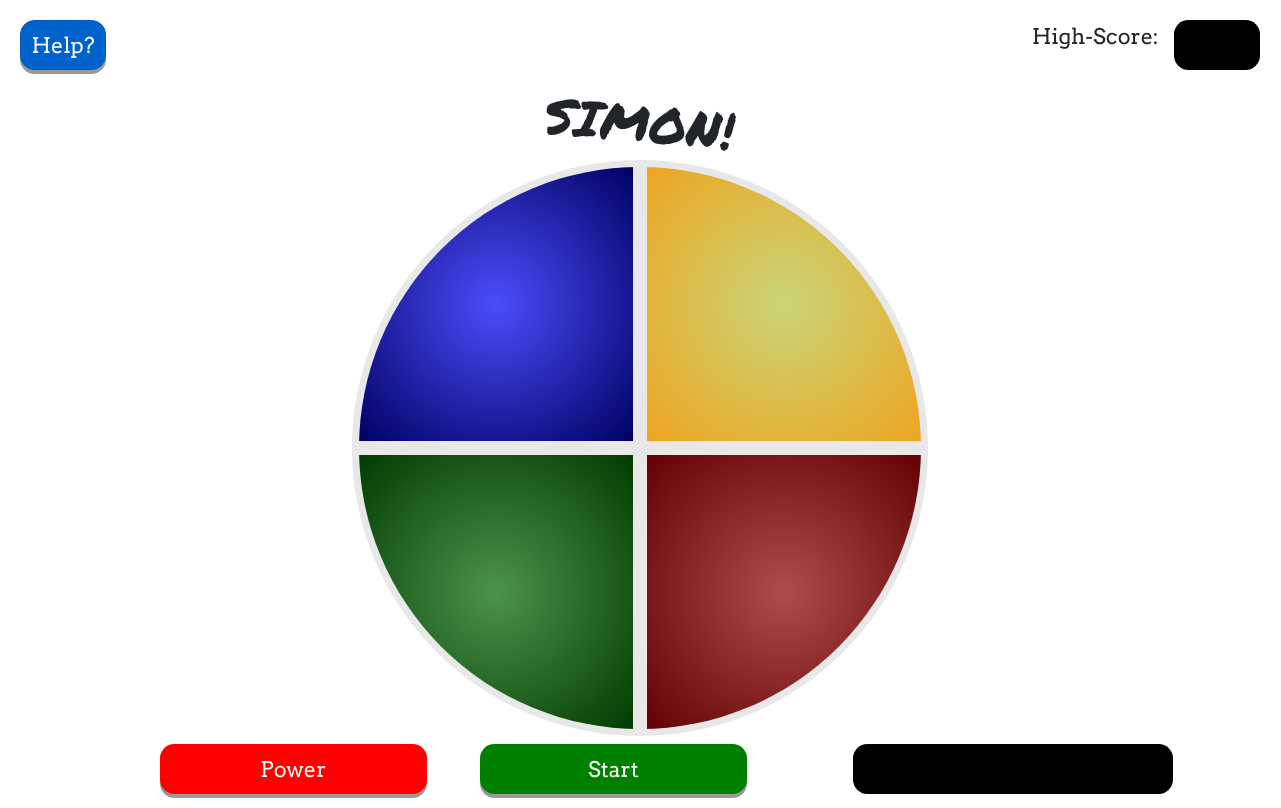
Repository: bandyp/simon
Page: index.html
The author's editor kept a record of every edit. The page is drawn from the files as they stood at one moment, then again after the next edit.
The browser window is 1280 px wide. The page is 1281 px wide, so the pictures cover 1281 px, including what lies to the right of the window. The pictures show the whole page.

Above is the page before.

### index.html
<!DOCTYPE html>
<html lang="en">

<head>
    <title>Simon</title>
    <meta charset="UTF-8">
    <meta name="viewport" content="width=device-width, initial-scale=1, shrink-to-fit=no">
    <meta http-equiv="X-UA-Compatible" content="ie=edge">

<!-- fonts and bootstrap links  -->
    <link rel="stylesheet" href="https://stackpath.bootstrapcdn.com/bootstrap/4.3.1/css/bootstrap.min.css" integrity="sha384-ggOyR0iXCbMQv3Xipma34MD+dH/1fQ784/j6cY/iJTQUOhcWr7x9JvoRxT2MZw1T" crossorigin="anonymous">
    <link rel="stylesheet" href="assets/css/style.css" type="text/css" />
    <link href="https://fonts.googleapis.com/css?family=Permanent+Marker&display=swap" rel="stylesheet">
    <link href='https://fonts.googleapis.com/css?family=Orbitron' rel='stylesheet' type='text/css'>
    <link href="https://fonts.googleapis.com/css?family=Arvo" rel="stylesheet">

<!-- sound files  -->
    <audio id="soundGreen"><source src="assets/sounds/simonSound1.mp3"></source></audio>
    <audio id="soundBlue"><source src="assets/sounds/simonSound2.mp3"></source></audio>
    <audio id="soundYellow"><source src="assets/sounds/simonSound3.mp3"></source></audio>
    <audio id="soundRed"><source src="assets/sounds/simonSound4.mp3"></source></audio>
</head>

<body>

<!-- bootstrap config  -->
    <div class="container-fluid">
        <div class="row">

<!-- help button  -->
            <button type="button" class="btn btn-primary btn-lg active" id="helpButton">Help?</button>
            <div class="col float-right" id="highScore">
                High-Score:
            </div>
            <div id="highScoreBox"></div>

<!-- help button dialogue  -->
            <div class="alert alert-info alert-dismissible fade show" id="helpBox" role="alert">
                <h5>Follow Simon on his quest to count!</h5>
                <p>His buttons will light up as he counts from 1 to 20. Help him on his way by repeating his pattern. It starts off easy, but gets very difficult towards the end.</p>
                <hr>
                <p>Will you get the high score? Turn on the power and press start to find out.</p>
                <button type="button" class="close" data-dismiss="alert" aria-label="Close"><span aria-hidden="true">&times;</span></button>
            </div>
        </div>

<!-- Simon title  -->
        <div class="row">
            <div class="col mt-auto text-center" id="title">
                SIMON!
            </div>
        </div>

<!-- top row of color buttons - blue & yellow  -->
        <div class="row row-no-gutter">
            <div class="col-4 offset-2 colorButton blueButton ml-auto" id="blue"></div>
            <div class="col-4 colorButton yellowButton mr-auto" id="yellow"></div>
        </div>

<!-- bottom rom of colors red & green  -->
        <div class="row row-no-gutter">
            <div class="col-4 offset-2 colorButton greenButton ml-auto" id="green"></div>
            <div class="col-4 colorButton redButton mr-auto" id="red"></div>
        </div>

<!-- bottom of page with power and start buttons  -->
        <div class="row mb-1rem">
            <div class="col-6 offset-1 mt-auto" id="buttons">
                <div class="row">
                    <button class="col-5 offset-1 power" id="power">Power</button>
                    <button class="col-5 offset-1" id="start">Start</button>
                </div>
            </div>

<!-- counter for score -->
            <div class="col-3 mt-auto offset-1" id="count"></div>
        </div>

    </div>
    <script src="https://code.jquery.com/jquery-3.3.1.slim.min.js" integrity="sha384-q8i/X+965DzO0rT7abK41JStQIAqVgRVzpbzo5smXKp4YfRvH+8abtTE1Pi6jizo" crossorigin="anonymous"></script>
    <script src="https://cdnjs.cloudflare.com/ajax/libs/popper.js/1.14.3/umd/popper.min.js" integrity="sha384-ZMP7rVo3mIykV+2+9J3UJ46jBk0WLaUAdn689aCwoqbBJiSnjAK/l8WvCWPIPm49" crossorigin="anonymous"></script>
    <script src="https://stackpath.bootstrapcdn.com/bootstrap/4.1.3/js/bootstrap.min.js" integrity="sha384-ChfqqxuZUCnJSK3+MXmPNIyE6ZbWh2IMqE241rYiqJxyMiZ6OW/JmZQ5stwEULTy" crossorigin="anonymous"></script>
    <script src="assets/js/script.js"></script>
</body>

</html>

### assets/css/style.css
/* help button */

#helpButton {
    margin-top: 20px;
    margin-left: 20px;
    height: 7vh;
    width: 12vh;
    padding: 0;
    border-radius: 2vh;
    font-family: 'Arvo', serif;
    font-size: 3vh;
    cursor: pointer;
}

/* high score label and box */

#highScore {
    text-align: right;
    margin-top: 20px;
    font-size: 3vh;
    font-family: 'Arvo', serif;
}


#highScoreBox {
    float: right;
    background: black;
    margin-top: 20px;
    margin-right: 20px;
    height: 7vh;
    width: 12vh;
    color: red;
    font-family: 'Orbitron', sans-serif;
    font-size: 4vh;
    text-align: center;
    vertical-align: middle;
    line-height: 7vh;
    border-radius: 2vh;
}

/* simon title */

#title {
    font-size: 7vh;
    margin-top: 3vh;
    font-family: 'Permanent Marker', cursive;
    transform: rotate(5deg);
}

/* game colored buttons */

#blue {
    margin-top: auto;
    border-radius: 100% 0% 0% 0%;
    border: solid 1vh rgb(232, 232, 232);
    background-image: radial-gradient(circle, rgba(0, 0, 250, 0.7), rgba(0, 0, 100, 1));
}

#yellow {
    margin-top: auto;
    border-radius: 0% 100% 0% 0%;
    border: solid 1vh rgb(232, 232, 232);
    background-image: radial-gradient(circle, rgba(178, 195, 62, 0.7), rgba(238, 165, 32, 1));
}

#red {
    margin-bottom: 1vh;
    border-radius: 0% 0% 100% 0%;
    border: solid 1vh rgb(232, 232, 232);
    background-image: radial-gradient(circle, rgba(139, 0, 0, 0.7), rgba(99, 0, 0, 1));
}

#green {
    margin-bottom: 1vh;
    border-radius: 0% 0% 0% 100%;
    border: solid 1vh rgb(232, 232, 232);
    background-image: radial-gradient(circle, rgba(0, 100, 0, 0.7), rgba(0, 60, 0, 1));
}

.colorButton {
    position: relative;
    height: 40vmin;
    max-width: 40vmin;
    cursor: pointer;
}

.bright {
    filter: brightness(150%);
}

/* start and power buttons */

#buttons {
    position: relative;
    z-index: 2;
    display: inline;
    font-size: 3vh;
    font-family: 'Arvo', serif;
}


button {
    display: inline-block;
    cursor: pointer;
    text-align: center;
    text-decoration: none;
    outline: none;
    color: #fff;
    background-color: #4CAF50;
    border: none;
    border-radius: 15px;
    box-shadow: 0 4px #999;
    margin-bottom: 2vh;
}

button:hover {
    background-color: #3e8e41
}

button:active {
    background-color: #3e8e41;
    box-shadow: 0 1px #666;
    transform: translateY(4px);
}

#power {
    color: white;
    background-color: red;
    border-radius: 2vh;
    width: 10vh;
    height: 7vh;
    padding: 0;
}

#start {
    color: white;
    background-color: green;
    border-radius: 2vh;
    width: 10vh;
    height: 7vh;
    padding: 0;
}


/* score box */

#count {
    background: black;
    display: inline-block;
    height: 7vh;
    width: 14vh;
    color: red;
    font-family: 'Orbitron', sans-serif;
    font-size: 3vh;
    text-align: center;
    vertical-align: middle;
    line-height: 7vh;
    border-radius: 2vh;
    margin-bottom: 2vh;
}

### assets/js/script.js
$(document).ready(function() {

    // My shopping list of variables

    let sequence = [];
    let userSequence = [];
    let success;
    let turn;
    let cpuTurn;
    let playerTurn;
    let bright;
    let playSequence;
    let win;
    let highScore = 0;

    // high score = code borrowed from Mentor

    function checkHighScore() {
        if (highScore < bright) {
            highScore = bright;
            $("#highScoreBox").html(highScore - 1);
        }
    }


    // easy help box alert to guide uses on instructions

    $("#helpBox").hide(); // starts hidden
    $("#helpButton").mouseover(function() { // will activate when cursor hovers over
        $("#helpBox").show(); // shows the dialogue
        $("#helpButton").mouseleave(function() { // will go back hidden when cursor is not hovering
            $("#helpBox").hide();
        });
    });


// toggle power button on and off

    document.getElementById("power").onclick = function() { powerButton() };

// adds and removes class of 'change' to tell if power is on or off
    function powerButton() {
        var x = document.getElementById("power").classList.contains("change");
        if (x == false) {
            $('#power').addClass("change");
            powerOn();
        }
        else {
            $('#power').removeClass("change");
            powerOff();
        }
    }

// enables start button so users can press it and a lights up score counter, it also allows the cpu function to start when called.
    function powerOn() {
        cpuTurn = true;
        success = false;
        playerTurn = false;
        $("#count").html('--');
        document.getElementById("start").disabled = false;
    }
// starts the game when the button is pressed, turn counter goes to 1 as its the first turn
    $("#start").on("click", function() {
        $("#count").html('1');
        if (playerTurn || cpuTurn || success) { //start button will only call the play function if player/cpu turn and success are all true
            play();
        }
    });

// what happens when power is turned off
    function powerOff() {
        playerTurn = false; // player cant press buttons
        cpuTurn = false; // cpu cant run function
        sequence = []; // the random list of 20 numbers goes back to 0
        userSequence = []; // the sequence of the players clicks is brought to 0
        $('.colorButton').removeClass('bright'), // lights are all off
            $("#count").html(''); // turn counter is turn off
        clearInterval(playSequence); // the series of cpu button presses is cleared
        document.getElementById("start").disabled = true; //start button will not click
    }


    // start play function by creating sequence of 20 from start button, it will then call the cpu to start the lighting buttons function, in 1 sec intervals

    function play() {
        playSequence = 0;
        sequence = [];
        userSequence = [];
        bright = 0;
        turn = 1;
        success = true;
        win = false;
        $("#count").html('1');
        for (var i = 0; i < 20; i++) { // variable 'i' will keep going in a loop while it is less than 20
            sequence.push(Math.floor(Math.random() * 4) + 1); // the loop will add a random number 0 to 4,
            // (rounded down to nearest whole number then add 1 so options will be 1,2,3 or 4)
        }

        cpuTurn = true;
        playSequence = setInterval(makeBright, 1000);
    }

    // function which allows cpu to select color and sound

    function makeBright() {
        playerTurn = false;
        if (bright == turn) {
            clearInterval(playSequence);
            cpuTurn = false;
            playerTurn = true;
        }

        if (cpuTurn) {
            document.getElementById("start").disabled = true; // means start button can not be pressed to ensure the function is not called mulitple times at once
            $('.colorButton').removeClass('bright'); //ensure all colors are off before starting
            setTimeout(function() { // runs function every 1500ms
                if (sequence[bright] == 1) { // pulls the number from the position in the array as it progesses through the random numbers and matches it to the correct color
                    $('#soundGreen')[0].play(); // plays the matching sound to the number
                    $('#green').addClass('bright'), // brightens the matching color to the number
                        setTimeout(function() { // turns off the brightness after 1.5s
                            $('#green').removeClass('bright');
                        }, 1500);
                }
                if (sequence[bright] == 2) { // blue = 2
                    $('#soundBlue')[0].play();
                    $('#blue').addClass('bright'),
                        setTimeout(function() {
                            $('#blue').removeClass('bright');
                        }, 1500);
                }
                if (sequence[bright] == 3) { //  yellow = 3
                    $('#soundYellow')[0].play();
                    $('#yellow').addClass('bright'),
                        setTimeout(function() {
                            $('#yellow').removeClass('bright');
                        }, 1500);
                }
                if (sequence[bright] == 4) { // red = 4
                    $('#soundRed')[0].play();
                    $('#red').addClass('bright'),
                        setTimeout(function() {
                            $('#red').removeClass('bright');
                        }, 1500);
                }
                bright++; // adds 1 to the number of cpu turns
            }, 200);
        }
    }


    // user clicking lights, both clicks and touches

    $("#green").on("mousedown touchstart", function(e) { // what happpens when the green button is clicked on computer or touched on mobile devices
        e.preventDefault(); // prevents function calling twice on mobile
        if (playerTurn) { // only runs if players turn,otherwise the user could interupt cpus turn
            $(this).addClass('bright'); // changes to light green
            $('#soundGreen')[0].play(); //plays greens sound
            userSequence.push(1); // adds the matching number of the color to the users array
            $("#green").on("mouseup touchend", function(e) { // when user unclicks or removes touch this is function called
                e.preventDefault();
                $(this).removeClass('bright'); //removes brightness
                compareArrays(); //this will call a function to see if user is correct

            });
        }
    });

    $("#blue").on("mousedown touchstart", function(e) {
        e.preventDefault();
        if (playerTurn) {
            userSequence.push(2);
            $('#soundBlue')[0].play();
            $(this).addClass('bright'); // changes to light blue
            $("#blue").on("mouseup touchend", function(e) {
                e.preventDefault();
                $(this).removeClass('bright'); //changes
                compareArrays();
            });
        }
    });

    $("#yellow").on("mousedown touchstart", function(e) {
        e.preventDefault();
        if (playerTurn) {
            userSequence.push(3);
            $('#soundYellow')[0].play();

            $(this).addClass('bright'); // changes to light yellow
            $("#yellow").on("mouseup touchend", function(e) {
                e.preventDefault();
                $(this).removeClass('bright'); //changes back
                compareArrays();
            });
        }
    });

    $("#red").on("mousedown touchstart", function(e) {
        e.preventDefault();
        if (playerTurn) {
            userSequence.push(4);
            $('#soundRed')[0].play();

            $(this).addClass('bright'); // changes to light red
            $("#red").on("mouseup touchend", function(e) {
                e.preventDefault();
                $(this).removeClass('bright'); //changes back
                compareArrays();
            });
        }
    });


    // checks that user has clicked the correct color in the sequence

    function compareArrays() {

        if (userSequence[userSequence.length - 1] !== sequence[userSequence.length - 1]) success = false; // if the users clicked color does not match the cpu, then they are not successful
        if (userSequence.length == 20 && success == true) { // if the user gets to 20 successful clicks of colors they win
            checkHighScore(); // high score function called to check if winner beats high score
            winner(); // winner function called
        }
        if (success == false) { // what happens if player loses
            checkHighScore(); // high score checked to see if it is beaten
            sequence = []; // the random number array reverts to 0
            end(); // the end function is called
        }

        if (turn == userSequence.length && success && !win) { // if player is correct but does not get 20 yet
            turn++; // add one to the number of turns
            userSequence = []; // players array reverts to 0 to start over agin after cpu
            cpuTurn = true; // cpu can play
            bright = 0; // cpu needs to play the complete array again, not just the new number
            $("#count").html(turn); // adds 1 to the turn counter
            playSequence = setInterval(makeBright, 1000); // calls the cpu to play the function every 1000ms
        }

    }


// what happens if the game ends and player loses
    function end() {

        $(".colorButton").addClass('bright'); // all colors brighten at once
        $("#count").html('LOSE'); // turn counter says LOSE
        playerTurn = false; // player cant press any buttons
        win = false; // tells us player lost
        setTimeout(restart, 3000); // plays the restart function after 3 sec
    }

// to call simon to a position where it can start again
    function restart() {
        powerOn(); // start from original on stage
        sequence = []; // random number array goes to 0
        $("#count").html('--'); // turn counter redets
        playerTurn = false; // player cant press buttons
        $(".colorButton").removeClass('bright'); // brightness is removed
    }

// what happen is player wins
    function winner() {
        $(".colorButton").addClass('bright'); // all colours brighten
        $("#count").html('WIN!'); // tuern counter says WIN!
        checkHighScore(); // high score is checked
        win = true; // tells us player wins
        setTimeout(restart, 3000); // goes to reset after 3 sec
    }
});

After the next edit:
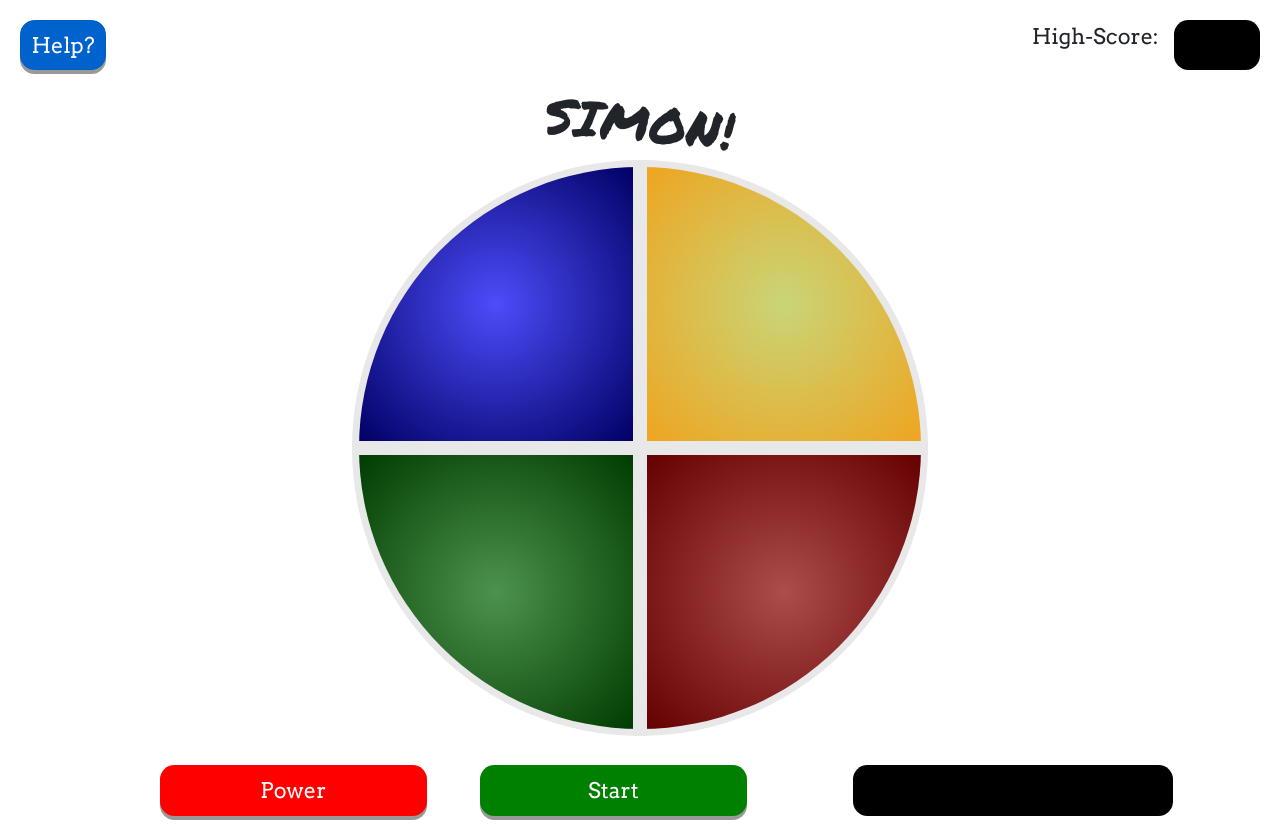
The edit:
--- a/assets/css/style.css
+++ b/assets/css/style.css
@@ -71,7 +71,7 @@
 }
 
 #green {
-    margin-bottom: 1vh;
+    margin-bottom: 4vh;
     border-radius: 0% 0% 0% 100%;
     border: solid 1vh rgb(232, 232, 232);
     background-image: radial-gradient(circle, rgba(0, 100, 0, 0.7), rgba(0, 60, 0, 1));
